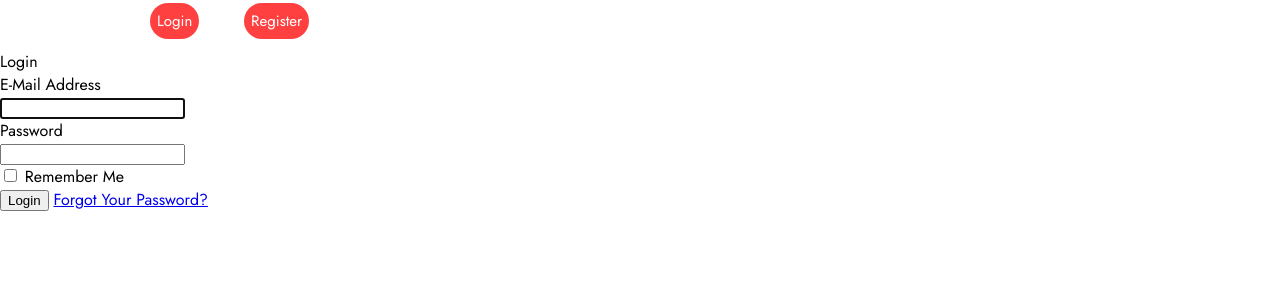
Repository: PatryxB/bikeService
Page: http://localhost/login
The author's editor kept a copy of each file at every save. The page is drawn from the files as they stood at one save, then again after the next save.
The browser window is 1280 px wide. The pictures show the whole page.
The page is served by the project's Laravel application, run on PHP 8.4 with Laravel 8. Other server files are loaded and not shown. Style sheets and scripts are compiled from the project's sources, by tool versions that may differ from the author's.

Above is the page before, as saved 2020-05-01 15:45:07.

### resources/views/layouts/app.blade.php
<!doctype html>
<html lang="{{ str_replace('_', '-', app()->getLocale()) }}">
<head>
    <meta charset="utf-8">
    <meta name="viewport" content="width=device-width, initial-scale=1">

    <!-- CSRF Token -->
    <meta name="csrf-token" content="{{ csrf_token() }}">

    <title>{{ config('app.name', 'Laravel') }}</title>

    <!-- Scripts -->
    <script src="{{ asset('js/app.js') }}" defer></script>

    <!-- Fonts -->
    <link rel="dns-prefetch" href="//fonts.gstatic.com">
    <link href="https://fonts.googleapis.com/css?family=Nunito" rel="stylesheet">

    <!-- Styles -->
    <link href="{{ asset('css/app.css') }}" rel="stylesheet">
</head>
<body>
    <div id="app">
        <nav>
            @if (Route::has('login'))
                @auth
                    <a href="{{ url('/home') }}">Home</a>
                @else
                    <a href="{{ route('login') }}" role="button">Login</a>

                    @if (Route::has('register'))
                        <a href="{{ route('register') }}" role="button" style="margin-left:40px">Register</a>
                    @endif
                @endauth
            @endif

        </nav>
        <main>
            @yield('content')
        </main>
    </div>
</body>
</html>

### resources/sass/app.scss
@import url('https://fonts.googleapis.com/css2?family=Jost&display=swap');
html, body{
    box-sizing: border-box;
    margin: 0;
    padding: 0;
    font-family: 'Jost', sans-serif;
}
.banner img{
    width: 100%;
    height: 92vh;
}
nav{
    width: 100%;
    height: 7vh;
}
nav a{
    margin-top: 3px;
    text-decoration: none;
    display: inline-block;
    margin-left: 150px;
    border-radius: 25px;
    background-color: rgb(255, 64, 64);
    color: white;
    font-size: 15px;
    padding: 7px;
}

Loaded but not shown: routes/web.php (common file); app/Http/Controllers/Auth/LoginController.php (common file); app/Http/Controllers/Controller.php (common file); app/Http/Controllers/Auth/ConfirmPasswordController.php (common file); resources/views/auth/login.blade.php (common file)

After the next save:
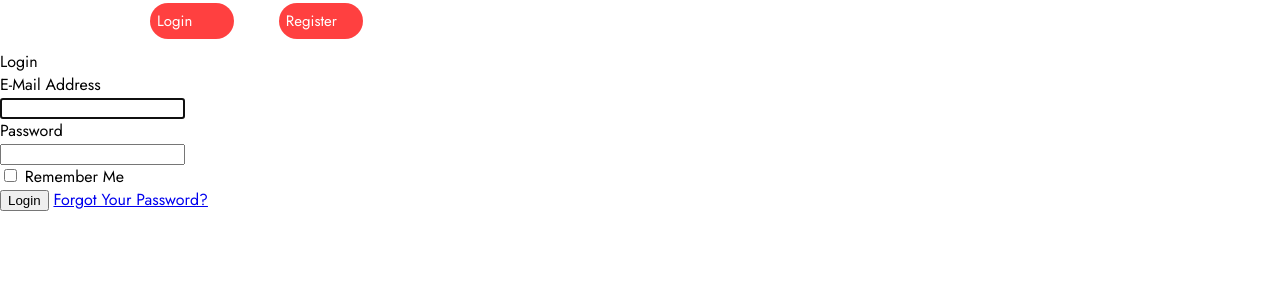
Saved 30 s later.
--- a/resources/sass/app.scss
+++ b/resources/sass/app.scss
@@ -23,4 +23,5 @@ nav a{
     color: white;
     font-size: 15px;
     padding: 7px;
+    width: 70px;
 }
